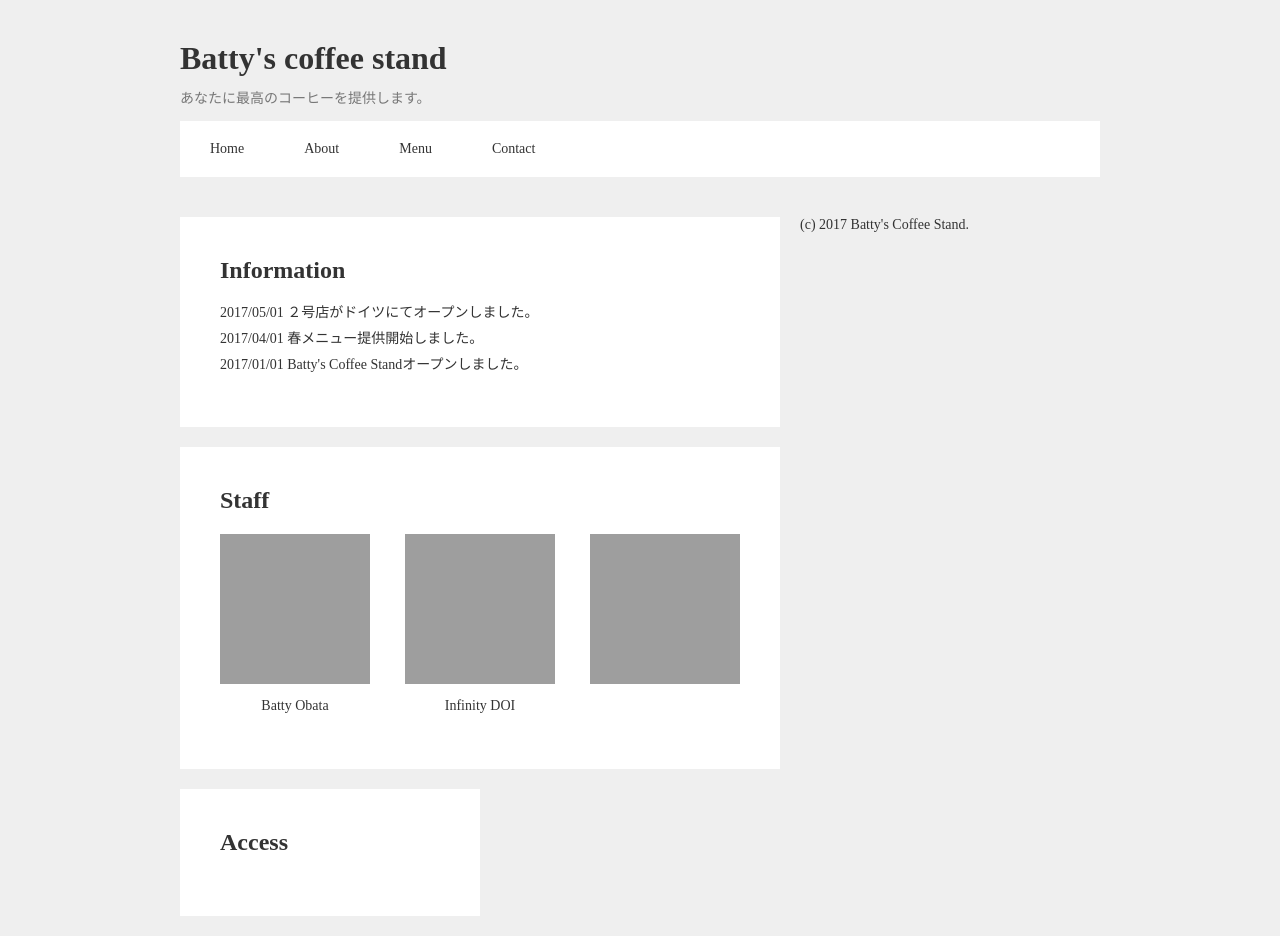
Repository: Black-Holy/rails-06
Page: html/batty_coffee_stand/index.html
The author's editor kept a record of every edit. The page is drawn from the files as they stood at one moment, then again after the next edit.
The browser window is 1280 px wide. The pictures show the whole page.
Pictures or frames that could not be fetched are drawn as grey boxes.

Above is the page before.

After the next edit:
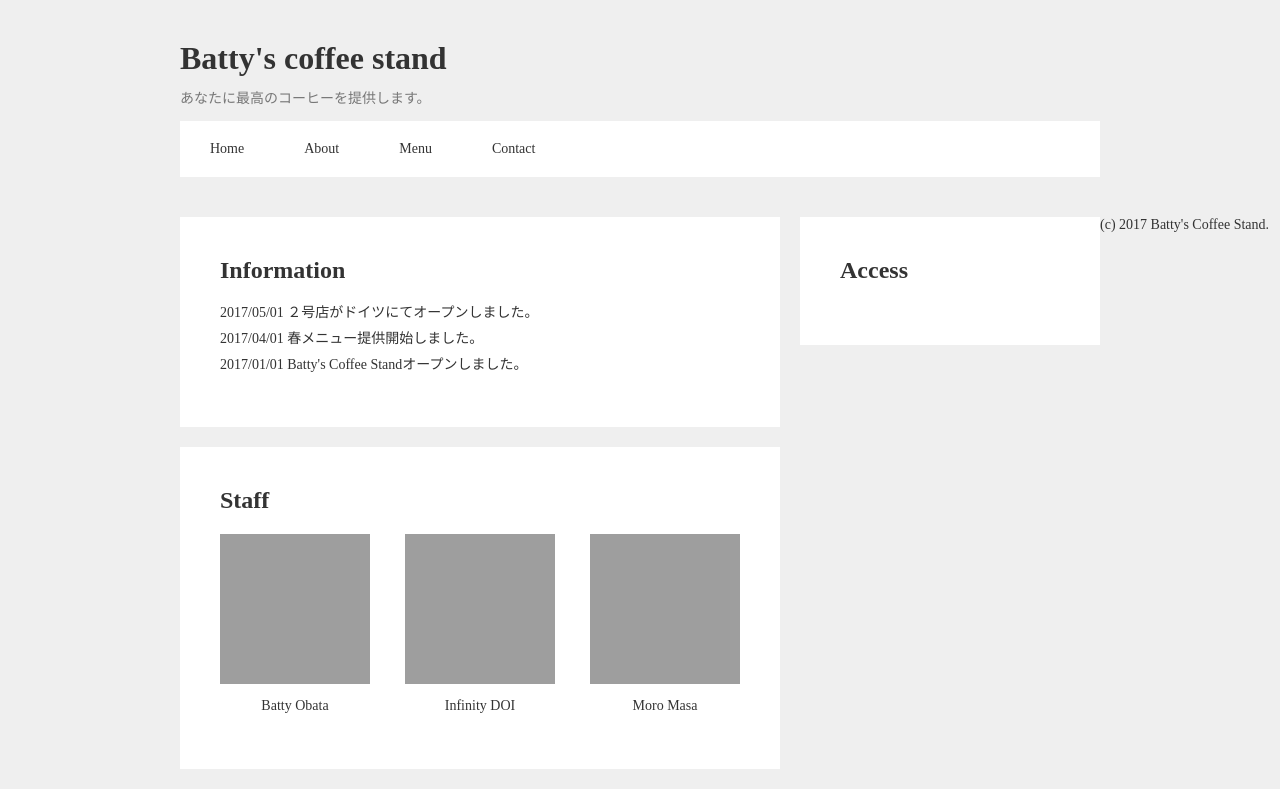
The edit:
--- a/html/batty_coffee_stand/index.html
+++ b/html/batty_coffee_stand/index.html
@@ -44,7 +44,7 @@
             </div>
             <div class="staff-list">
               <img src="./staff_03.jpg" class="staff-image">
-              <p Class
+              <p Class="staff-name">Moro Masa</p>
             </div>
           </div>
         </div>
